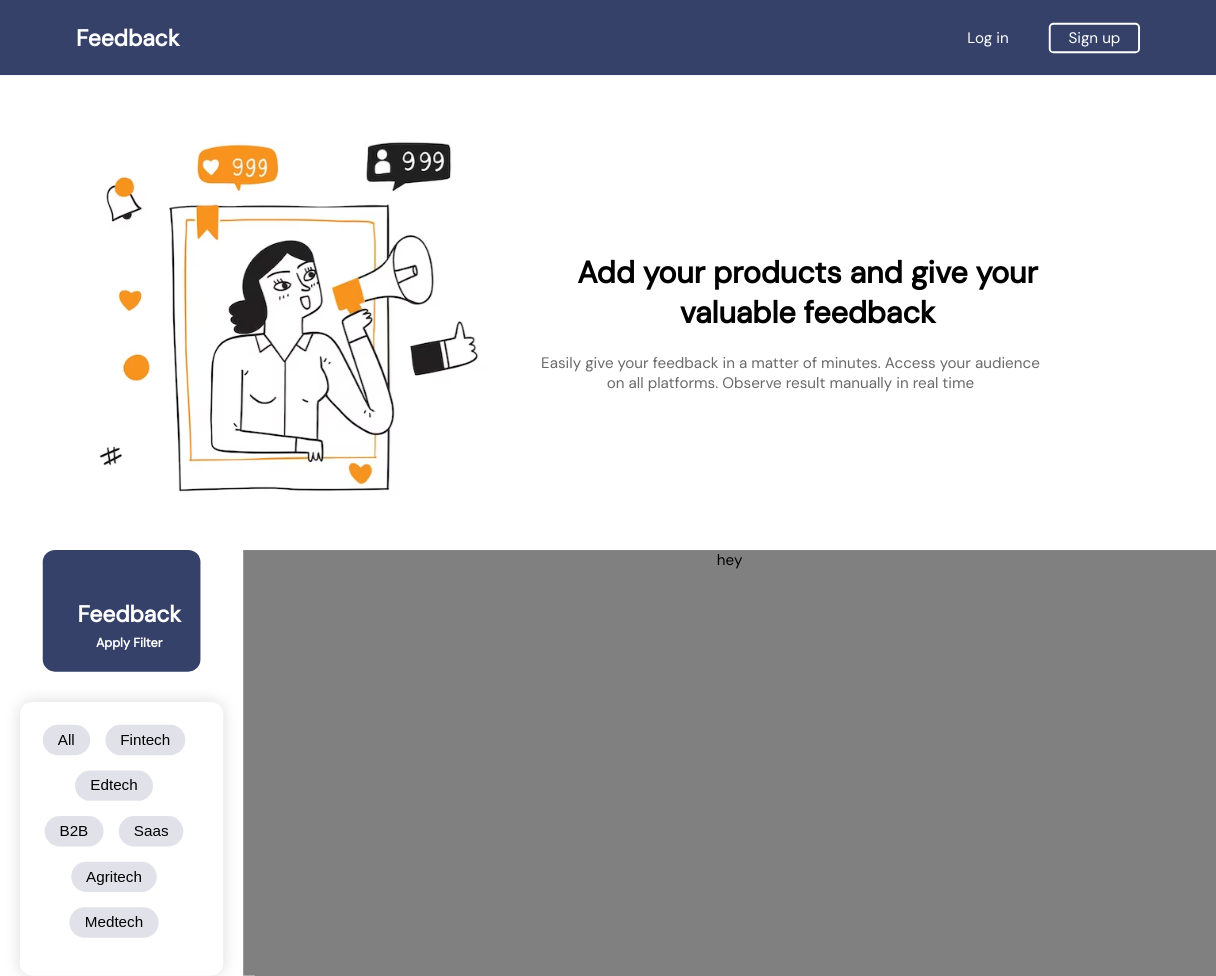
Repository: drumsmanku/final-evaluation-test
Page: / (app in client/)
These files come from the project's save history. The page is drawn as it stood at one moment and after the next save; the edit follows.
The browser window is 1280 px wide. The pictures show the whole page, at 95% of full size.
The page's requests for data from a server got no answer. The project was rebuilt for these pictures with package versions that can differ from the ones it lists, and the page was loaded fresh each time. No one was signed in, and anything a server would have sent is missing.

Above is the page before, as saved 2023-07-29 11:51:06.

After the next save:
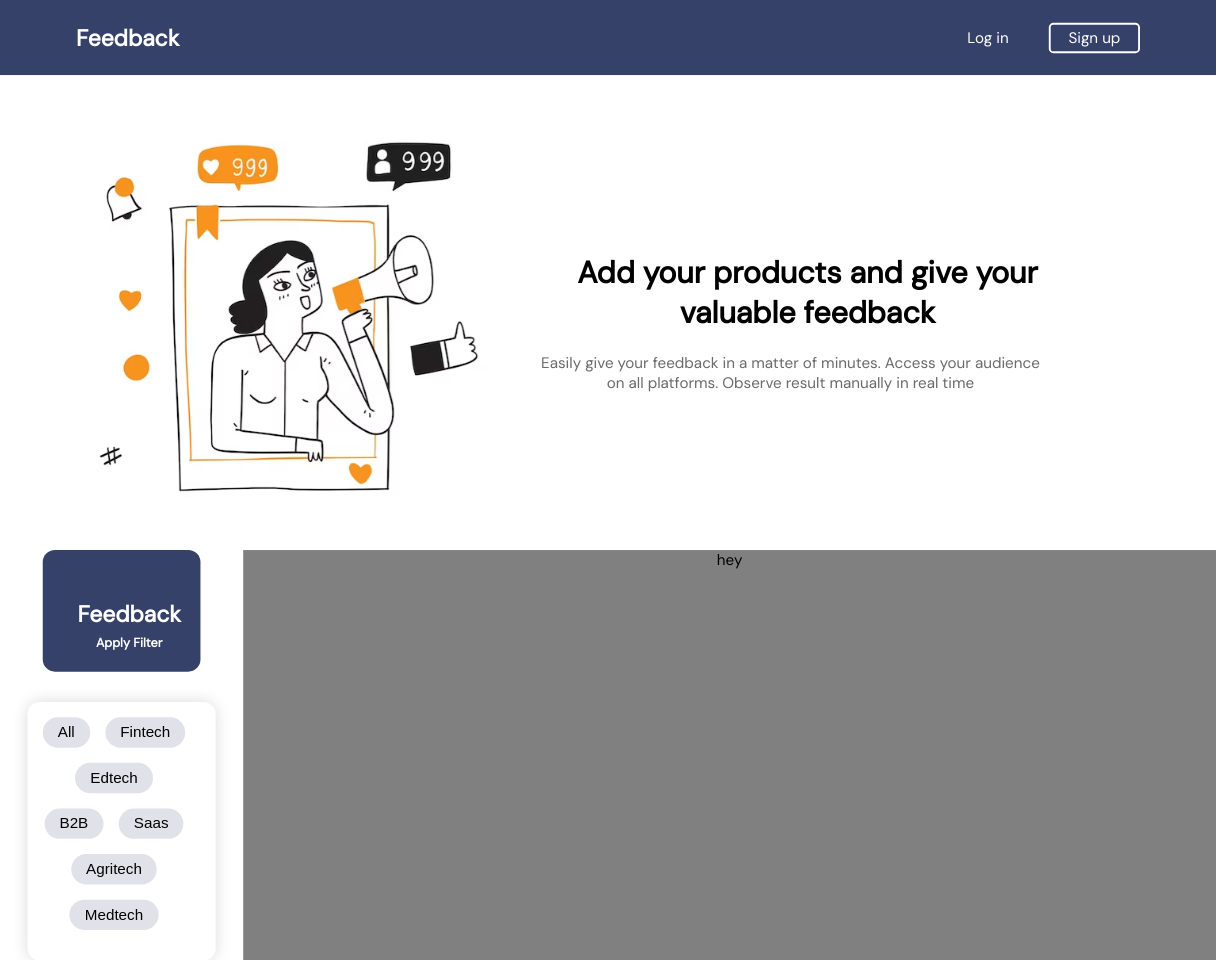
Saved 13 s later.
--- a/client/src/Components/MainPage.js
+++ b/client/src/Components/MainPage.js
@@ -86,7 +86,7 @@ function MainPage() {
             <h2 style={{marginBottom:'0.4rem',marginLeft:'1rem'}}>Feedback</h2>
             <h5 style={{marginTop:0, marginLeft:'1rem'}}>Apply Filter</h5>
           </article>
-          <article style={{width:'65%', borderRadius:'0.8rem', padding:'1.5rem', boxShadow:'0 0 17px #00000026',}}>
+          <article style={{width:'65%', borderRadius:'0.8rem', padding:'1em', boxShadow:'0 0 17px #00000026',}}>
              {buttonTitles.map((title, idx)=>(
               <button value={title} onClick={handleCategoryClick} style={{...buttonStyles}} key={idx}>{title}</button>
              ))}
